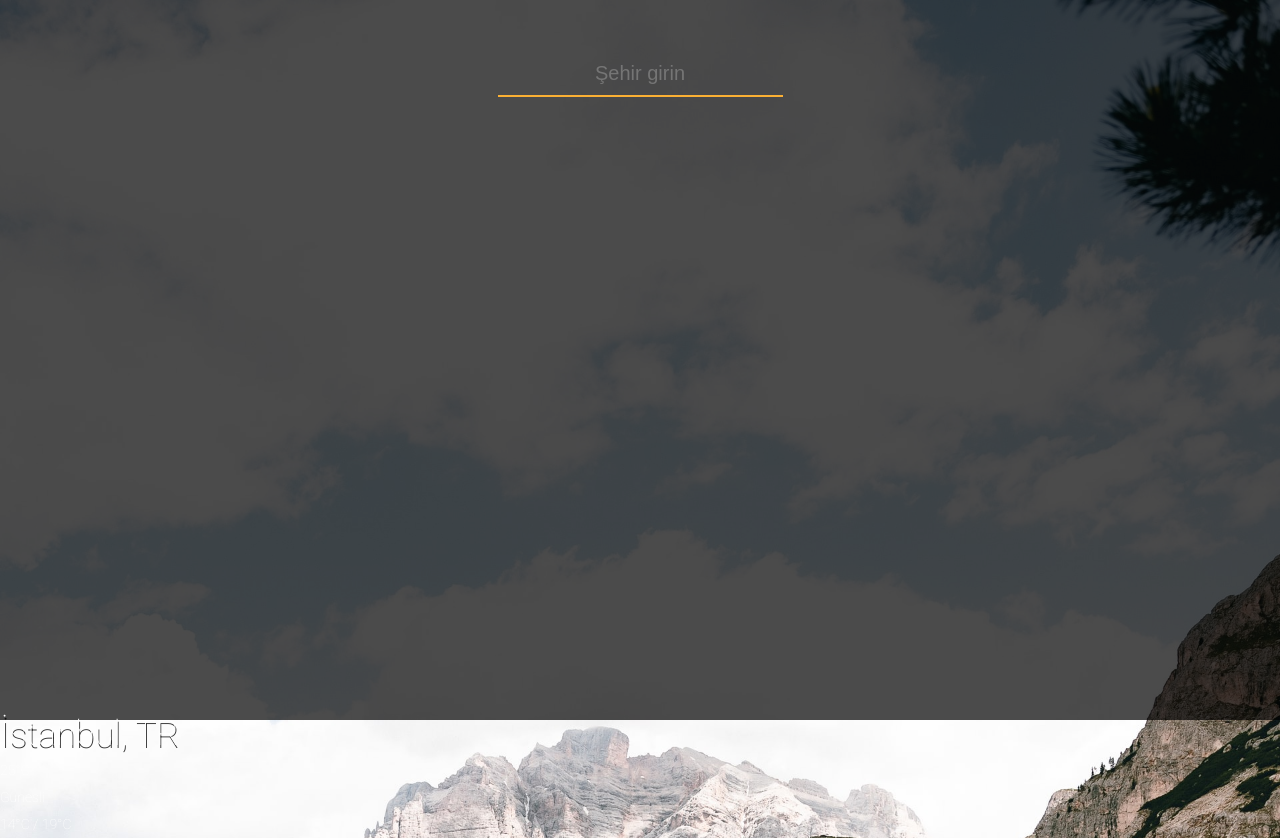
Repository: DogukanSAVA/havadurumu
Page: index.html
An editor plug-in stored every save of this project. The page is shown before and after the next save, followed by the edit.
The browser window is 1280 px wide. The pictures show the whole page.

Above is the page before, as saved 2021-09-16 12:04:56.

After the next save:
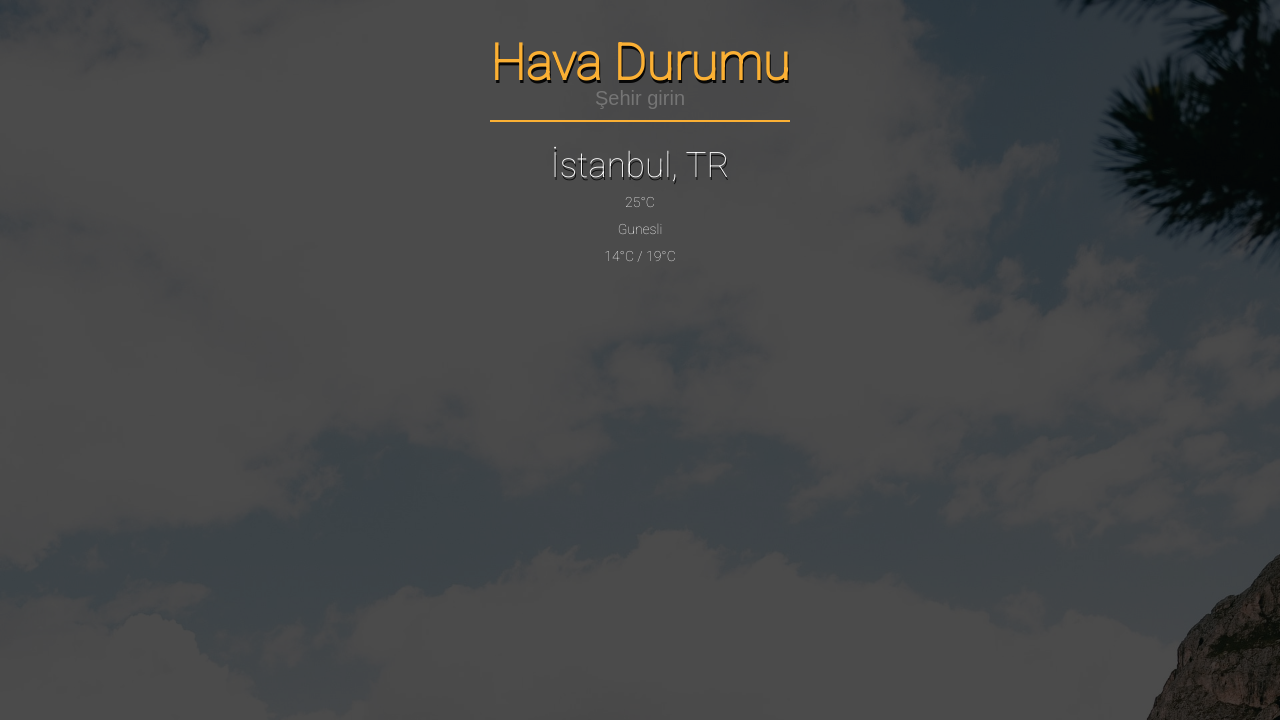
Saved 4 s later.
--- a/index.html
+++ b/index.html
@@ -16,7 +16,7 @@
 <body>
           <div class="app">
                     <div class="header">
-                              <h1
+                              <h1>Hava Durumu</h1>
                               <div>
                                         <input type="text" id="searchBar" placeholder="Şehir girin">
                               </div>
